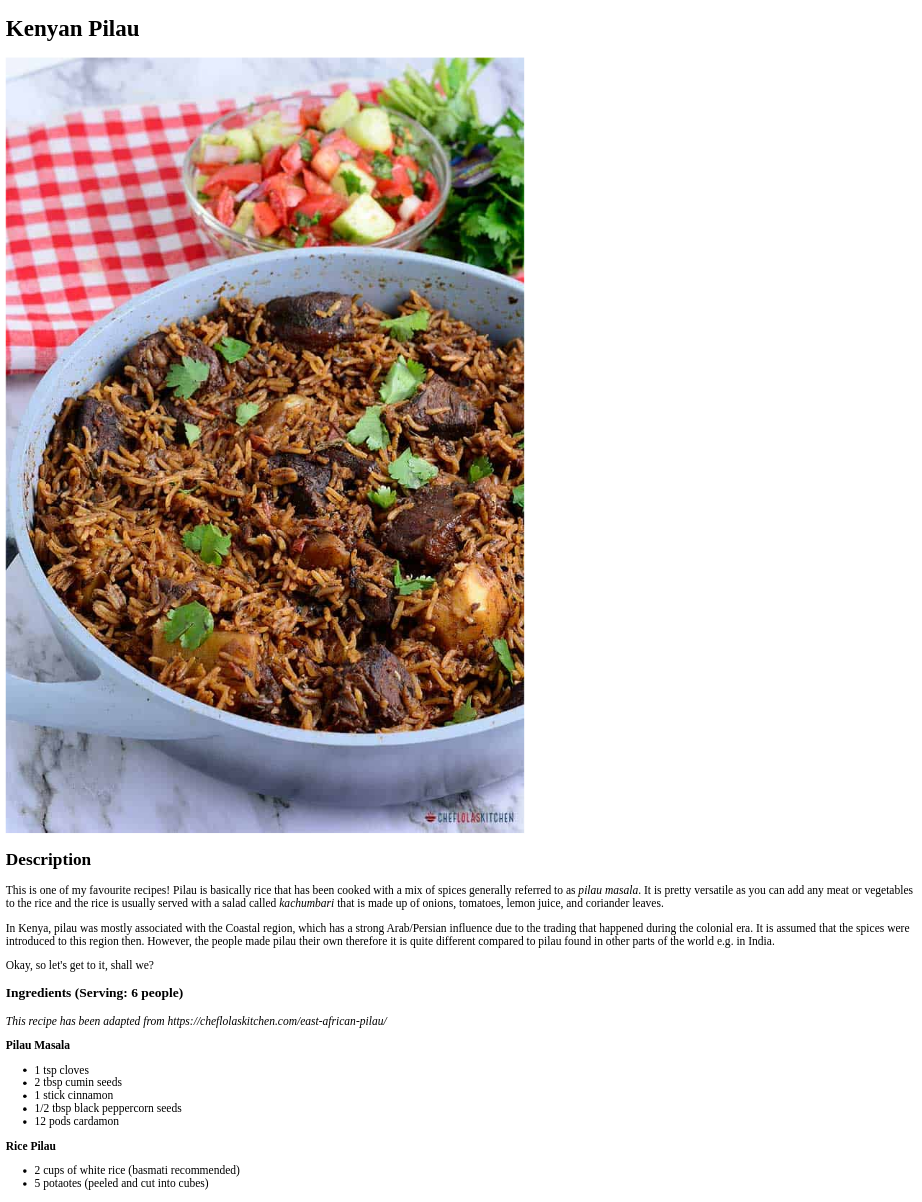
Repository: IanaAmke/odin-recipes
Page: recipes/pilau.html
The author's editor kept a copy of each file at every save. The page is drawn from the files as they stood at one save, then again after the next save.
The browser window is 1280 px wide. The pictures show the whole page, at 72% of full size.

Above is the page before, as saved 2022-06-05 18:40:42.

### recipes/pilau.html
<!DOCTYPE html>
<html lang="en-GB">

<head>
    <meta charset="UTF-8">
    <title>Pilau Recipe</title>
</head>

<body>
    <h1>Kenyan Pilau</h1>

    <img src="./img/pilau.jpg" alt="beef pilau rice with potatoes">

    <h2>Description</h2>

    <p>This is one of my favourite recipes! Pilau is basically rice that has been cooked with a mix of spices generally referred to as <i>pilau masala</i>. It is pretty versatile as you can add any meat or vegetables to the rice and the rice is usually served
        with a salad called <i>kachumbari</i> that is made up of onions, tomatoes, lemon juice, and coriander leaves.</p>

    <p>In Kenya, pilau was mostly associated with the Coastal region, which has a strong Arab/Persian influence due to the trading that happened during the colonial era. It is assumed that the spices were introduced to this region then. However, the people
        made pilau their own therefore it is quite different compared to pilau found in other parts of the world e.g. in India.</p>

    <p>Okay, so let's get to it, shall we?</p>

    <h3>Ingredients (Serving: 6 people)</h3>
    <p><em>This recipe has been adapted from https://cheflolaskitchen.com/east-african-pilau/</em></p>

    <p><strong>Pilau Masala</strong></p>
    <ul>
        <li>1 tsp cloves</li>
        <li>2 tbsp cumin seeds</li>
        <li>1 stick cinnamon</li>
        <li>1/2 tbsp black peppercorn seeds</li>
        <li>12 pods cardamon</li>
    </ul>

    <p><strong>Rice Pilau</strong></p>
    <ul>
        <li>2 cups of white rice (basmati recommended)</li>
        <li>5 potaotes (peeled and cut into cubes)</li>
    </ul>

</body>

</html>

After the next save:
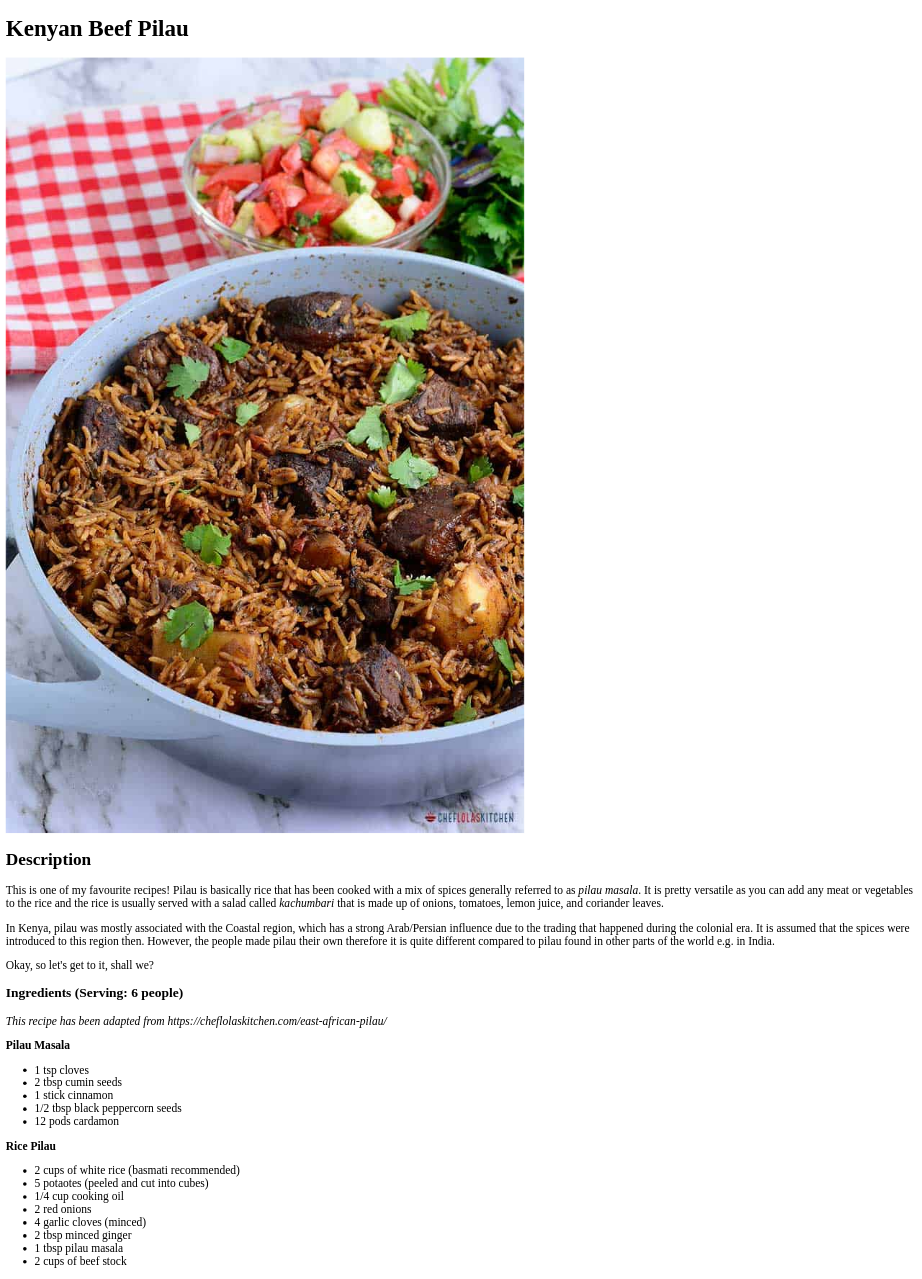
Saved 2 min 42 s later.
--- a/recipes/pilau.html
+++ b/recipes/pilau.html
@@ -7,7 +7,7 @@
 </head>
 
 <body>
-    <h1>Kenyan Pilau</h1>
+    <h1>Kenyan Beef Pilau</h1>
 
     <img src="./img/pilau.jpg" alt="beef pilau rice with potatoes">
 
@@ -37,6 +37,12 @@
     <ul>
         <li>2 cups of white rice (basmati recommended)</li>
         <li>5 potaotes (peeled and cut into cubes)</li>
+        <li>1/4 cup cooking oil</li>
+        <li>2 red onions</li>
+        <li>4 garlic cloves (minced)</li>
+        <li>2 tbsp minced ginger</li>
+        <li>1 tbsp pilau masala</li>
+        <li>2 cups of beef stock</li>
     </ul>
 
 </body>
